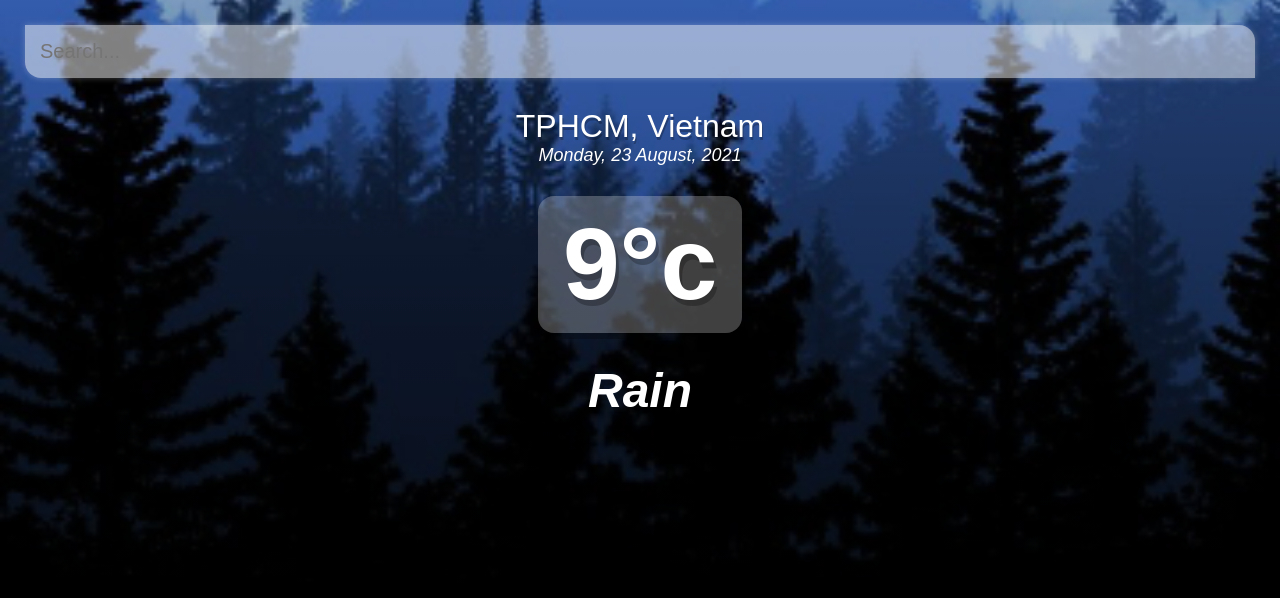
Repository: kate30980/weather-vuejs
Page: /
These files come from the project's save history. The page is drawn as it stood at one moment and after a run of saves; the edit follows.
The browser window is 1280 px wide. The pictures show the whole page.
The project was rebuilt for these pictures with package versions that can differ from the ones it lists, and the page was loaded fresh each time.

Above is the page before, as saved 2021-08-23 11:01:00.

### src/App.vue
<template>
  <div id="app">
    <main>

      <div class="search-box">
        <input
        type="text"
        class="search-bar"
        placeholder="Search..."
        v-model="query"
        @keypress="fetchWeather"
        />
      </div>
      {{ query }}
      <div class="weather-wrap">

        <div class="location-box">
          <div class="location">TPHCM, Vietnam</div>
          <div class="date">Monday, 23 August, 2021</div>
        </div>

        <div class="weather-box">
          <div class="temp">9°c</div>
          <div class="weather">Rain</div>
        </div>

      </div>
    </main>
  </div>
</template>

<script>

export default {
  name: 'App',
  data(){
    return{
      api_key:'9a1ed7d1efa5000413ec6fc31687ab4c',
      url_base: "https://api.openweathermap.org/data/2.5/",
      query: '',
      weather:{}
    }
  },
  methods: {
    fetchWeather(e){
      if(e.key == "Enter"){
        fetch(`${this.api_base}weather?q=${this.query}&units=metric&APPID=${this.api_key}`)
        .then(res => {
          return res.json();
        }).then(this.setResults);
      }
    },
    setResults(results){
      this.weather = results;
    }
  }
}
</script>

<style>
*{
  margin:0;
  padding:0;
  box-sizing: border-box;
}
body{
  font-family: 'montserrat', sans-serif;
}
#app{
  background-image: url('./assets/cold-bg.jpg');
  background-size: cover;
  background-position: bottom;
  transition: 0.4s;
}
main{
  min-height: 100vh;
  background-image: linear-gradient(to bottom, rgba(0,0,0,0.25), rgba(0,0,0,0.75));
  padding: 25px;
}
.search-box{
  width: 100%;
  margin-bottom: 30px;
}
.search-box .search-bar{
  display: block;
  width: 100%;
  padding:15px;
  color: #313131;
  font-size: 20px;

  appearance: none;
  border:none;
  outline: none;
  background:none;

  box-shadow: 0px 0px 6px rgba(255,255,255,0.25);
  background-color: rgba(255,255,255,0.5);
  border-radius: 0px 16px 0px 16px;
  transition: 0.4s
}
.search-box .search-bar:focus{
  box-shadow: 0px 0px 8px rgba(255,255,255,0.25);
  background-color: rgba(255,255,255,0.75);
  border-radius: 16px 0px 16px 0px;
}
.location-box .location{
  color: #fff;
  font-size: 32px;
  font-weight: 500;
  text-align: center;
  text-shadow: 1px 3px rgba(0,0,0,0.25);
}
.location-box .date{
  color: #fff;
  font-size: 18px;
  font-weight: 300;
  font-style: italic;
  text-align: center;
}
.weather-box{
  text-align: center;
}
.weather-box .temp{
  display: inline-block;
  padding: 10px 25px;
  color: #fff;
  font-size: 102px;
  font-weight: 900;

  text-shadow: 3px 6px rgba(0,0,0,0.25);
  background-color: rgba(255,255,255,0.25);
  border-radius: 16px;
  margin: 30px 0px;

  box-shadow: 3px 6px rgba(0,0,0,0.25);
}
.weather-box .weather{
  color: #fff;
  font-size: 48px;
  font-weight: 700;
  font-style: italic;
  text-shadow: 3px 6px rgba(0,0,0,0.25);
}
</style>

Loaded but not shown: public/index.html (common file); src/main.js (common file)

After the next 2 saves:
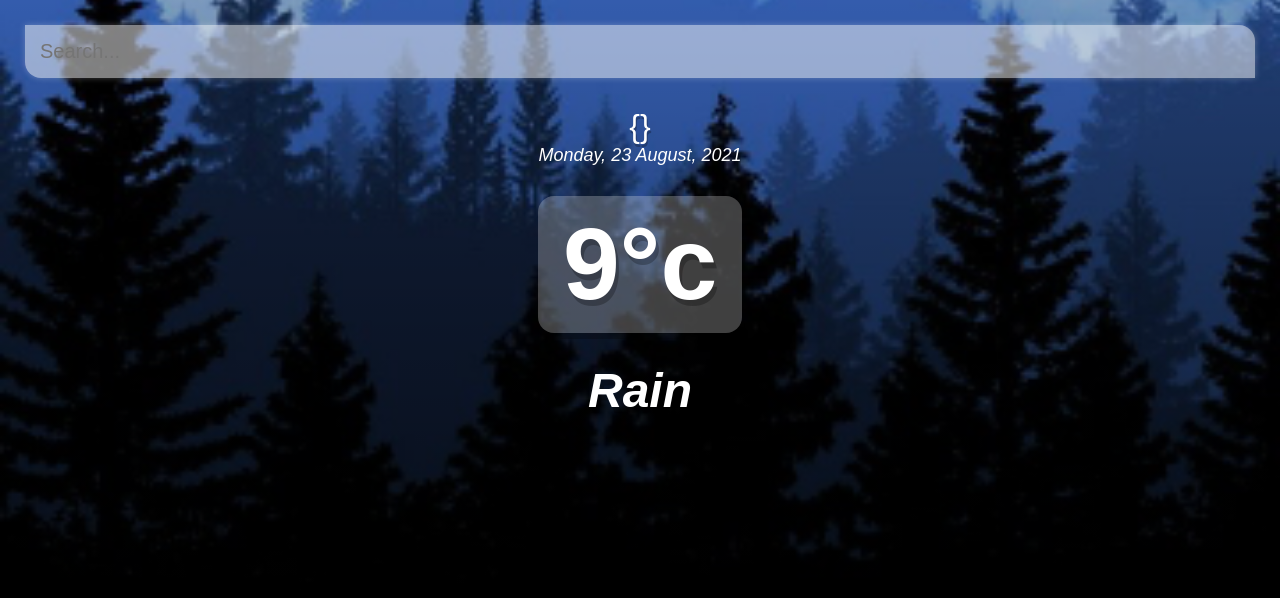
The 2 saves are shown as one change because they came seconds apart.
The last was saved 35 s later.
--- a/src/App.vue
+++ b/src/App.vue
@@ -15,7 +15,7 @@
       <div class="weather-wrap">
 
         <div class="location-box">
-          <div class="location">TPHCM, Vietnam</div>
+          <div class="location">{{ weather }}</div>
           <div class="date">Monday, 23 August, 2021</div>
         </div>
 
